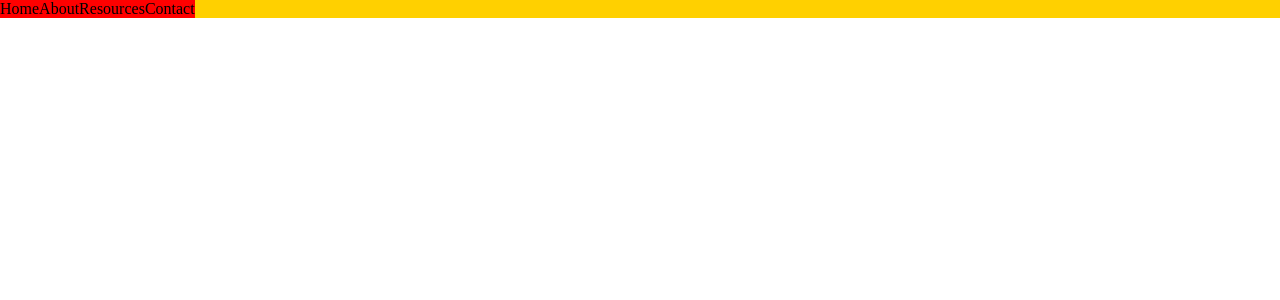
Repository: rdass1/COM421-FinalProject
Page: Website/index.html
These files come from the project's save history. The page is drawn as it stood at one moment and after the next save; the edit follows.
The browser window is 1280 px wide. The pictures show the whole page.

Above is the page before, as saved 2021-05-11 22:50:19.

After the next save:
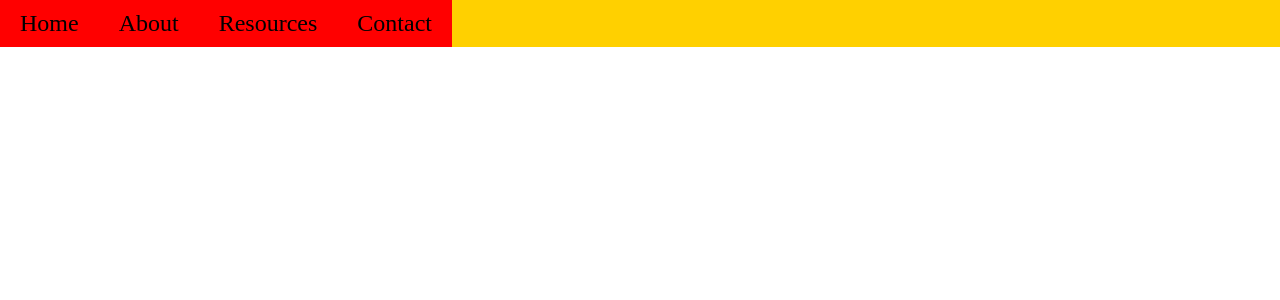
Saved 7 s later.
--- a/Website/css/index.css
+++ b/Website/css/index.css
@@ -28,7 +28,7 @@ header{
 
 #navbar li{
     margin: 0px;
-    padding:
+    padding: 10px 20px 10px 20px;
     font-size: 1.5rem;
     background-color:red;
     float:left;
